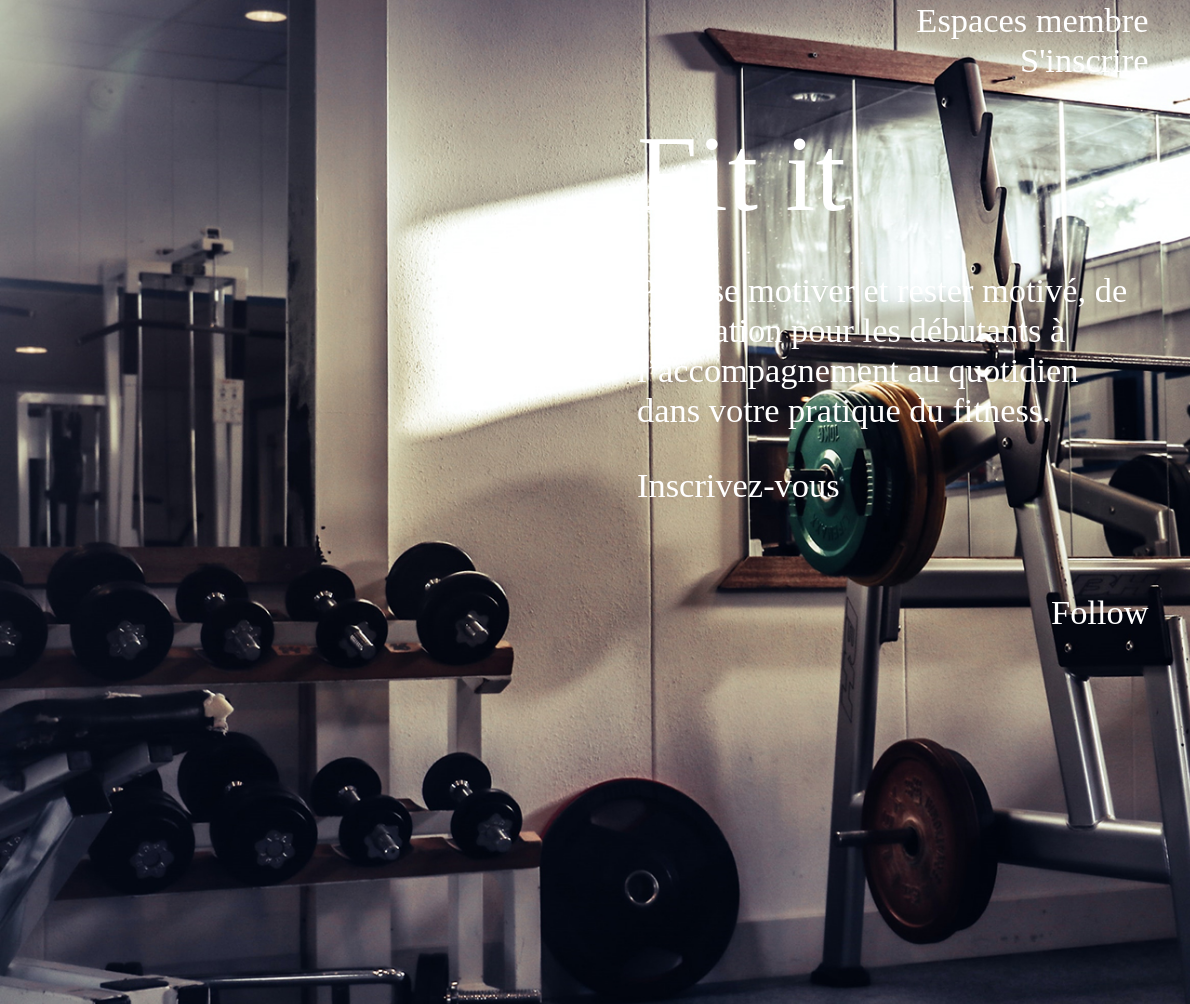
Repository: Mini-T/php-propre
Page: http://localhost/
The author's editor kept a copy of each file at every save. The page is drawn from the files as they stood at one save, then again after the next save.
The browser window is 1280 px wide. The pictures show the whole page, at 93% of full size.
The page is run by PHP 8.4 with error messages shown; the project is at /var/www/html/.

Above is the page before, as saved 2021-03-25 10:52:38.

### Partiel/index.php
<!DOCTYPE html>
<html lang="en">

<head>
    <meta charset="UTF-8">
    <meta http-equiv="X-UA-Compatible" content="IE=edge">
    <meta name="viewport" content="width=device-width, initial-scale=1.0">
    <title>Document</title>
    <link rel="stylesheet" href="main.css">
</head>

<body>
    <div id="main">
        <header id="image">



                <div class="frat"></div>

                <div class="fratt">
                    <div id="row1">
                        <a href="#">Espaces membre</a>
                        <br>
                        <a href="#">S'inscrire</a>
                    </div>
                    <div id="row2">
                        <h1 id="titre">Fit it</h1>
                        <p class="text">Pour se motiver et rester motivé, de l’initiation
                            pour les débutants à l’accompagnement au
                            quotidien dans votre pratique du fitness.</p>
                        <a href="#" class="text">Inscrivez-vous</a>
                    </div>
                    <div id="row3"><a href="" class="text" id="follow">Follow</a></div>
                </div>

        </header>
    </div>
</body>

</html>

### Partiel/main.css
#main{
    display: flex;
}
body{
    overflow: hidden;
    margin: 0px;
}
a{
    text-decoration: none;
    color: unset;
}

#image{
    background-image: url('fond-normal-size.jpg');
    color: white;
    font-family: kanit;
    display: grid;
    max-width: 1920px;
    grid-template-columns: 1fr 1Fr;
    width: 100vw;
    height: 1080px;
    flex-direction: column;
}
.center{
    background: black;
    align-self: center;
}
.topright{
    background: black;
    font-size: 37px;
    text-align: right;
    margin-bottom: 243px;
}
#titre{
    margin: 0px;
    font-family: kanit medium;
    font-weight: normal;
    font-size: 117px;
    text-align: left;
}
.text{
    font-size: 37px;
    font-family: Sohne-Leicht ;
}
#follow{
    margin-bottom: 40px;
    text-align: right;
    height: fit-content;
    text-align: right;
}

.frat{
    width: 100%;
    height: 1080px;

}
.fratt{
    padding: 0px 45px  0px 45px;
    max-height: 1080px;
    height: 100vh;
    display: grid;
    grid-template-rows: 1fr 4fr 1fr ;



}
#row1{
    font-size: 37px;
    text-align: right;
}
#row2{

        height: fit-content
}
#row3{
    height: 100%;
    display: flex;
    flex-direction: column;
    justify-content: flex-end;
    align-content: flex-end;
}
#overlay {
    background-color: black;
}

After the next save:
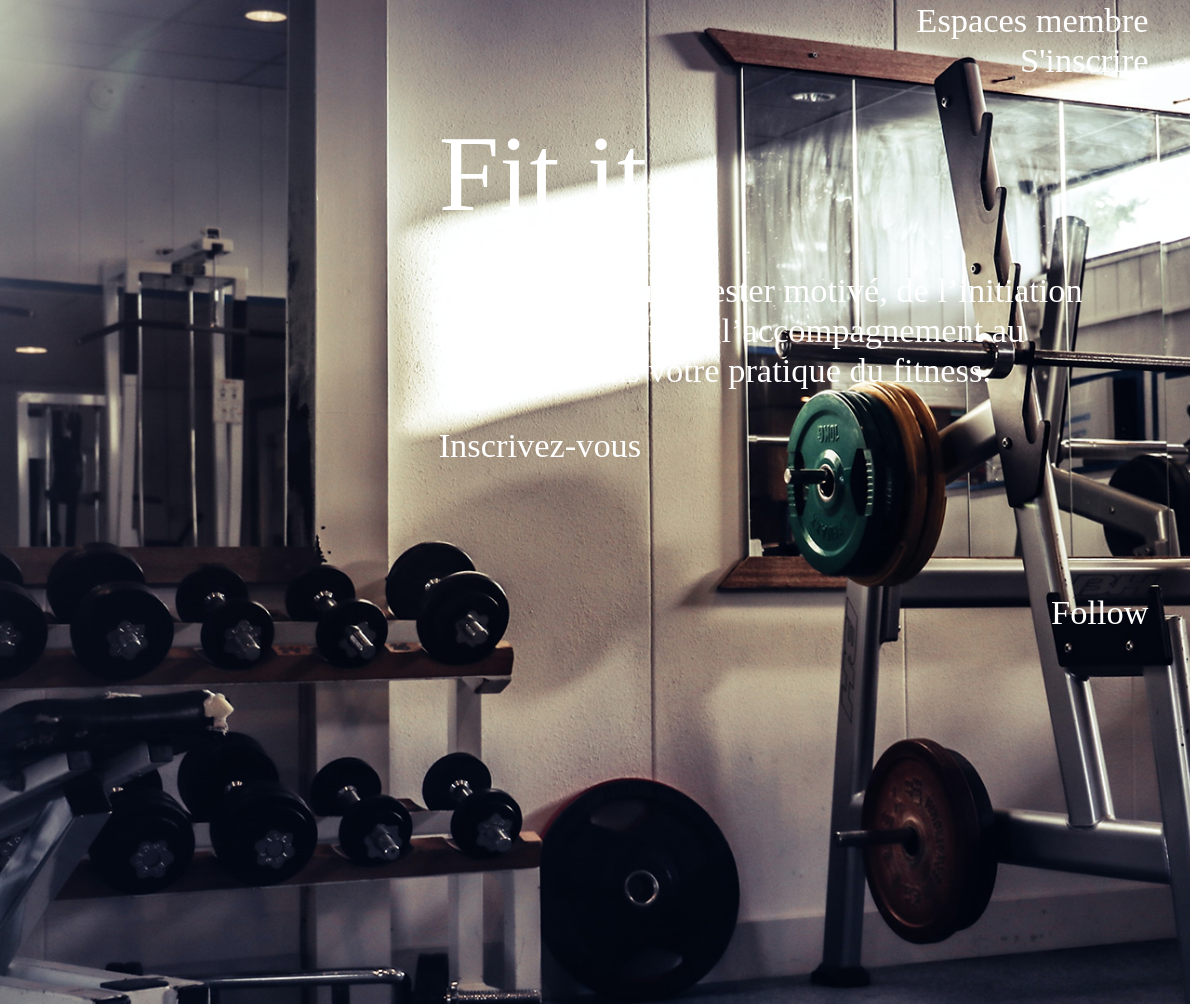
Saved 48 s later.
--- a/Partiel/main.css
+++ b/Partiel/main.css
@@ -16,7 +16,7 @@ a{
     font-family: kanit;
     display: grid;
     max-width: 1920px;
-    grid-template-columns: 1fr 1Fr;
+    grid-template-columns: 1fr 2Fr;
     width: 100vw;
     height: 1080px;
     flex-direction: column;
